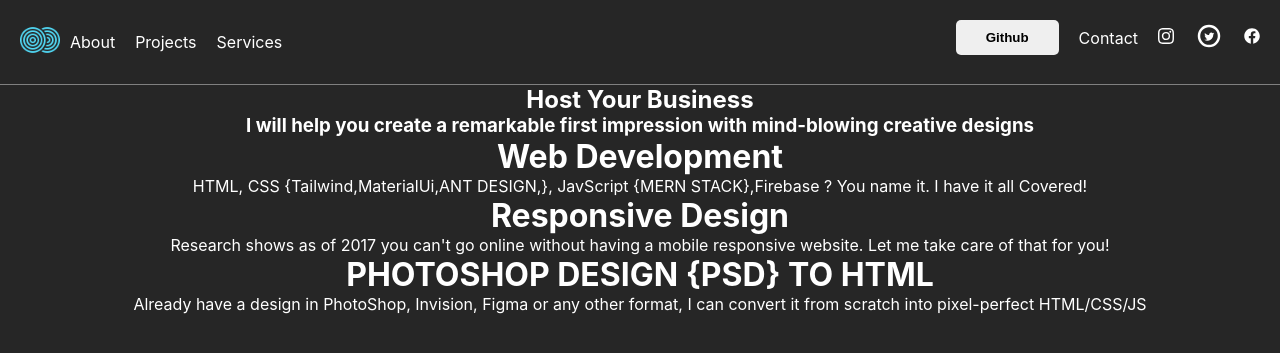
Repository: uh-sman/Portfolio
Page: /services
The author's editor kept a copy of each file at every save. The page is drawn from the files as they stood at one save, then again after the next save.
The browser window is 1280 px wide. The pictures show the whole page.
The project was rebuilt for these pictures with package versions that can differ from the ones it lists, and the page was loaded fresh each time. Also part of the build but not shown: src/components/about.css, src/components/repositories.css, src/components/repositories.js, src/components/RepositoriesCard.jsx, src/components/About.jsx, src/components/projects.css, src/components/Projects.jsx.

Above is the page before, as saved 2022-11-28 05:10:30.

After the next save:
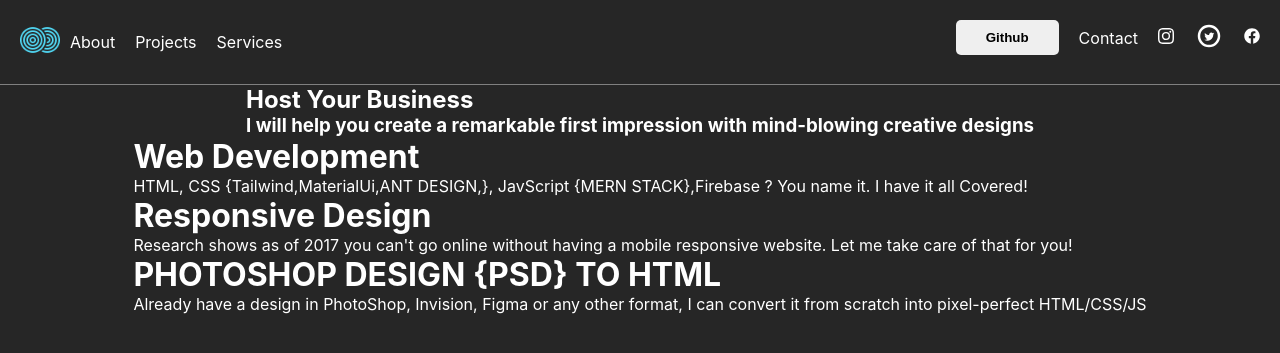
Saved 36 s later.
--- a/src/components/services.css
+++ b/src/components/services.css
@@ -6,10 +6,10 @@
 }
 .containers {
   color: white;
-  text-align: center;
-  /* display: flex;
+  /* text-align: center; */
+  display: flex;
   flex-direction: column;
   justify-content: center;
   margin: auto;
-  align-items: center; */
+  align-items: center;
 }

After the save that followed:
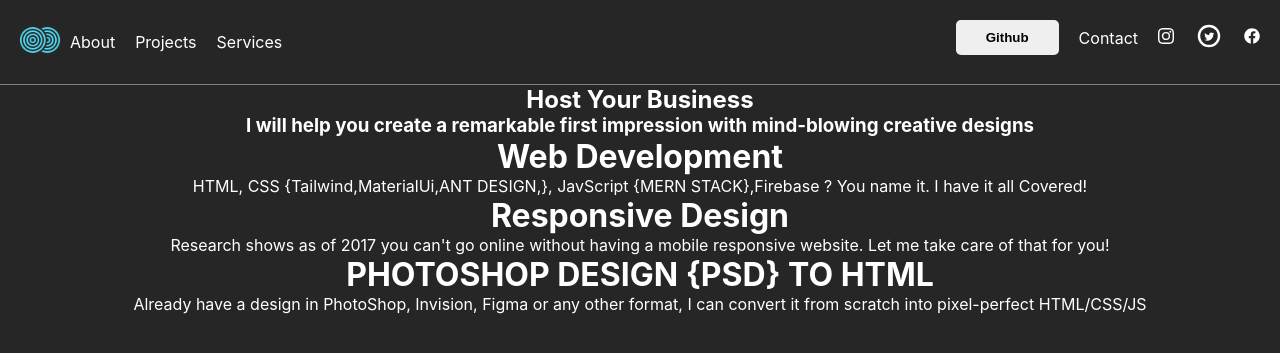
Saved 7 s later.
--- a/src/components/services.css
+++ b/src/components/services.css
@@ -6,7 +6,7 @@
 }
 .containers {
   color: white;
-  /* text-align: center; */
+  text-align: center;
   display: flex;
   flex-direction: column;
   justify-content: center;
